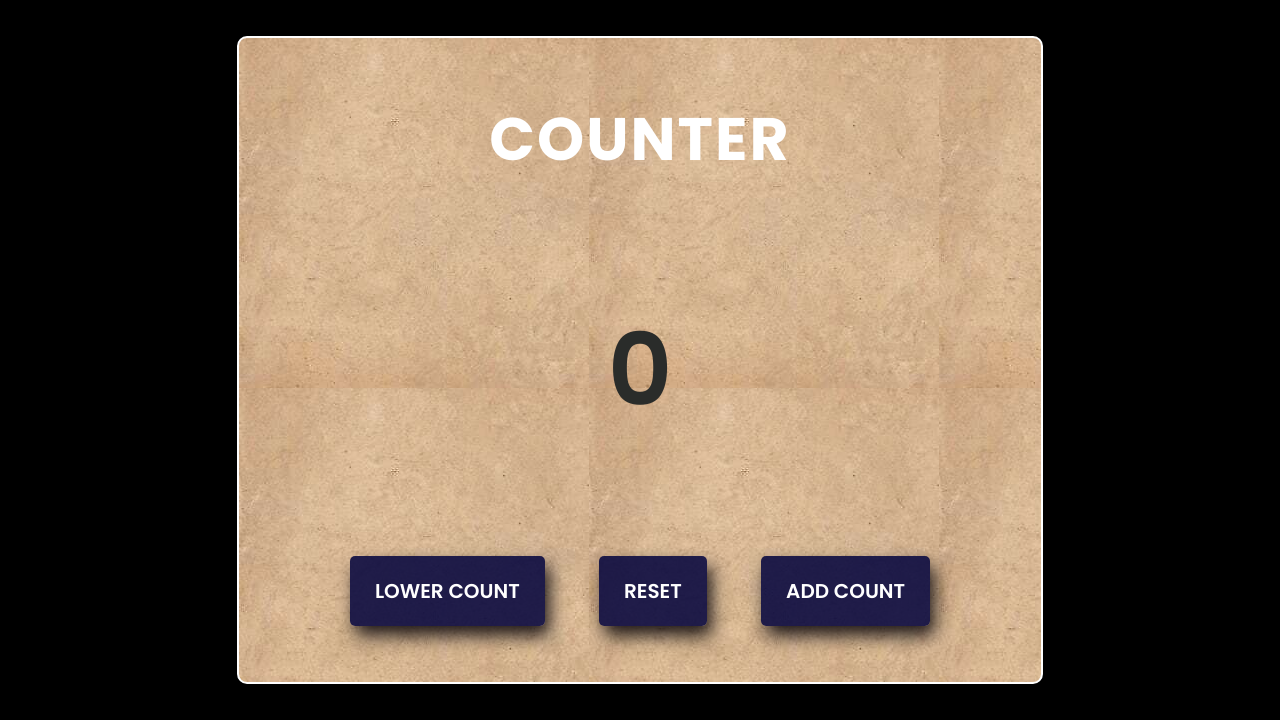
Repository: ArusyakAghajanyan/Counter
Page: index.html
These files come from the project's save history. The page is drawn as it stood at one moment and after the next save; the edit follows.
The browser window is 1280 px wide. The pictures show the whole page.

Above is the page before, as saved 2022-02-14 22:33:41.

### index.html
<!DOCTYPE html>
<html lang="en">
  <head>
    <meta charset="UTF-8" />
    <meta http-equiv="X-UA-Compatible" content="IE=edge" />
    <meta name="viewport" content="width=device-width, initial-scale=1.0" />
    <link rel="stylesheet" href="./style.css" />
    <title>Counter</title>
  </head>
  <body>
    <div class="body">
        <div class="parent">
            <div class="main">
                <div class="countText">
                    <h1>COUNTER</h1>
                </div>
                <div class="number">
                    <p class="p" id="num">0</p>
                </div>
                <div class="options">
                    <button class="leftButton">LOWER COUNT</button>
                    <button class="centerButton">RESET</button>
                    <button class="rightButton">ADD COUNT</button>
                </div>
            </div>
        </div>
    </div>
    <script src="./script.js"></script>
  </body>
</html>

### style.css
@import url('https://fonts.googleapis.com/css2?family=Poppins:wght@200;300;400;500;600;700&display=swap');
* {
    margin: 0;
    padding: 0;
    box-sizing: border-box;
    font-family: 'Poppins', sans-serif;
}

.body {
    background-color: black;
    position: absolute;
    width: 100%;
    height: 100%;
    display: flex;
    align-items: center;
    justify-content: center;
}

.parent {
    background-image: url(./image/Caesar-Materica-Ocra-Grip-225x453-cm-AFU6-Casa39.jpg)
    position: relative;
    width: 70%;
    height: 100%;
    display: flex;
    align-items: center;
    justify-content: center;
}

.main {
    background-image: url("./Caesar-Materica-Ocra-Grip-225x453-cm-AFU6-Casa39.jpg");
    position: relative;
    width: 90%;
    height: 90%;
    display: flex;
    align-items: center;
    justify-content: center;
    flex-direction: column;
    border: 2px solid white;
    border-radius: 10px;
    box-shadow: 0px 13px 12px 4px;
    display: flex;
    flex-direction: column;
    justify-content: space-around;
}

.countText {
    display: flex;
    align-items: center;
    justify-content: center;
    letter-spacing: 2px;
    color: white;
    font-size: 30px;
}

.number {
    font-size: 100px;
    font-weight: 600;
    color: rgb(42, 44, 42);
}

.options button {
    background-color: rgba(7, 7, 63, 0.884);
    border-radius: 5px;
    color: white;
    font-size: 20px;
    font-weight: 600;
    cursor: pointer;
    border: none;
    padding: 20px 25px 20px 25px;
    box-shadow: 5px 10px 18px #1D1717;
}

.options button:hover,
.btn button:hover {
    transform: scale(0.96);
}

.options button.leftButton {
    margin-right: 50px;
}

.options button.rightButton {
    margin-left: 50px;
}

### script.js
const leftButton = document.querySelector(".leftButton");
const centerButton = document.querySelector(".centerButton");
const rightButton = document.querySelector(".rightButton");
const num = document.getElementById("num");

let i = 0;
leftButton.addEventListener("click", function minus() {
    i--;
    num.innerHTML = i;
});

rightButton.addEventListener("click", function pulus() {
    i++;
    num.innerHTML = i;
});

centerButton.addEventListener("click", function reset() {
    i = 0;
    num.innerHTML = i;
});

After the next save:
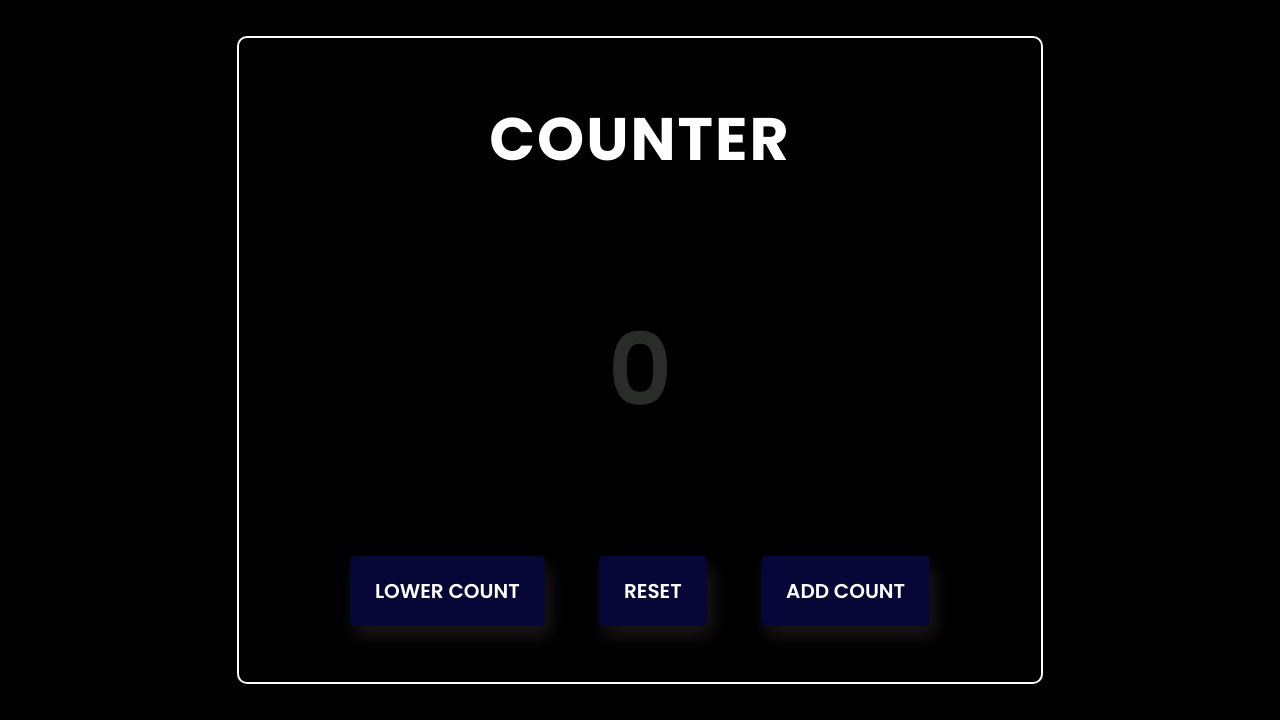
Saved 10 s later.
--- a/style.css
+++ b/style.css
@@ -27,7 +27,7 @@
 }
 
 .main {
-    background-image: url("./Caesar-Materica-Ocra-Grip-225x453-cm-AFU6-Casa39.jpg");
+    background-image:
     position: relative;
     width: 90%;
     height: 90%;
